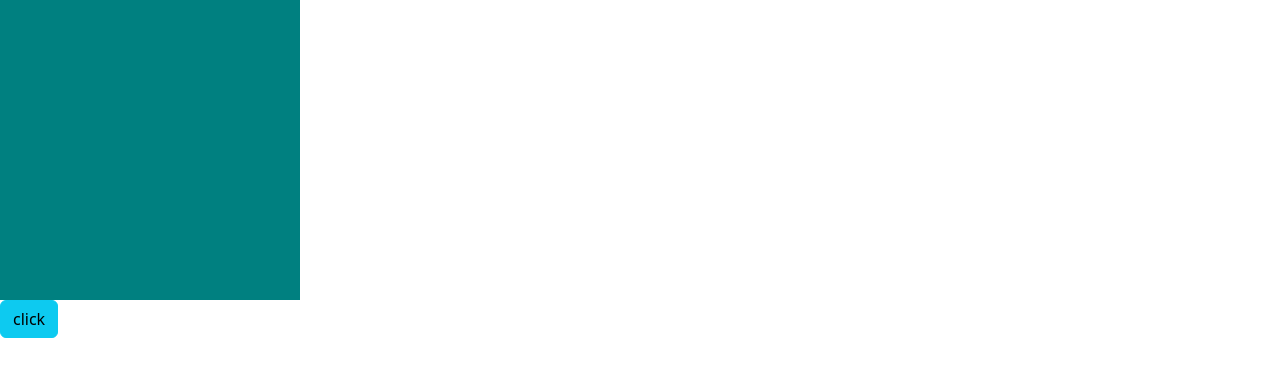
Repository: AmiraNabil97/WeatherApp
Page: index.html
The author's editor kept a copy of each file at every save. The page is drawn from the files as they stood at one save, then again after a run of saves.
The browser window is 1280 px wide. The pictures show the whole page.
After loading, the first visible `#demo` was clicked once.

Above is the page before, as saved 2023-08-28 16:47:12.
Console error: ReferenceError: wi is not defined

### index.html
<!DOCTYPE html>
<html lang="en">
<head>
    <meta charset="UTF-8">
    <meta name="viewport" content="width=device-width, initial-scale=1.0">
    <title>Document</title>
    <link rel="stylesheet" href="css/bootstrap.min.css">
    <link rel="stylesheet" href="css/all.min.css">
    <link rel="stylesheet" href="css/style.css">
</head>
<body>

<div class="demo"></div>
<button class="btn btn-info" id="demo">click</button>









    <script src="js/jquery-3.7.0.min.js"></script>
    <script src="js/bootstrap.bundle.js"></script>
    <script src="js/main.js"></script>
</body>
</html>

### css/style.css
.demo{
    width: 300px;
    height: 300px;
    background-color: teal;
    /* display: none; */
}

### js/main.js


//query selector as css formula:
// $('.demo').hide(2000)
$('#demo').click( ()=> {
    $('.demo').animate({wi})

})

Loaded but not shown: css/bootstrap.min.css (library); css/all.min.css (library); js/jquery-3.7.0.min.js (library); js/bootstrap.bundle.js (library)

After the next 3 saves:
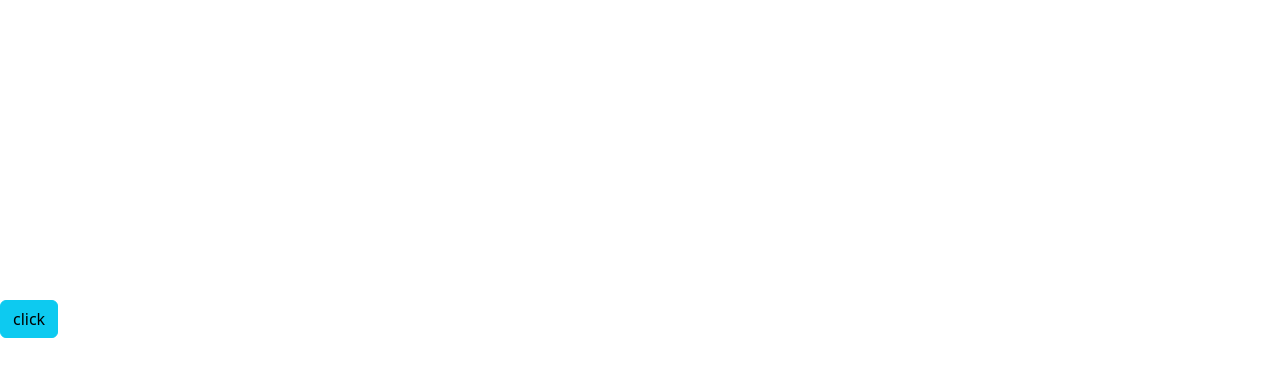
The error is gone.
The 3 saves are shown as one change because they came seconds apart.
The last was saved 6 s later.
--- a/js/main.js
+++ b/js/main.js
@@ -3,6 +3,6 @@
 //query selector as css formula:
 // $('.demo').hide(2000)
 $('#demo').click( ()=> {
-    $('.demo').animate({wi})
+    $('.demo').animate({width:''})
 
 })
